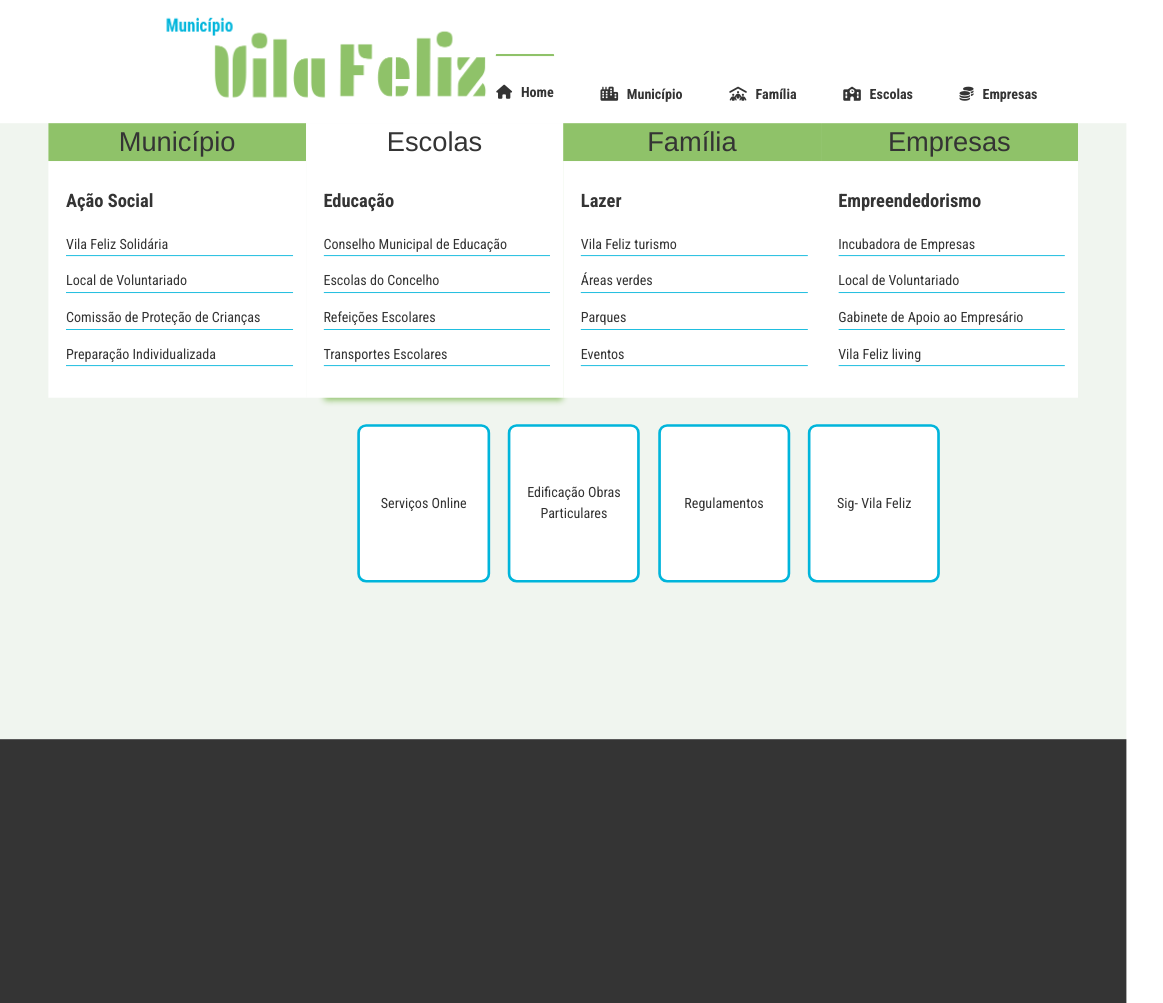
Repository: Goulart94/CmVilaFeliz
Page: municipio.html
The author's editor kept a copy of each file at every save. The page is drawn from the files as they stood at one save, then again after the next save.
The browser window is 1280 px wide. The page is 1322 px wide, then 1280 px, so the pictures cover 1322 px, including what lies to the right of the window. The pictures show the whole page, at 88% of full size.
Some web libraries are served in a nearby version. The style sheet was rebuilt from its Sass, Less or Tailwind sources for each picture, by a compiler version that may differ from the author's.

Above is the page before, as saved 2022-05-17 14:15:25.

After the next save:
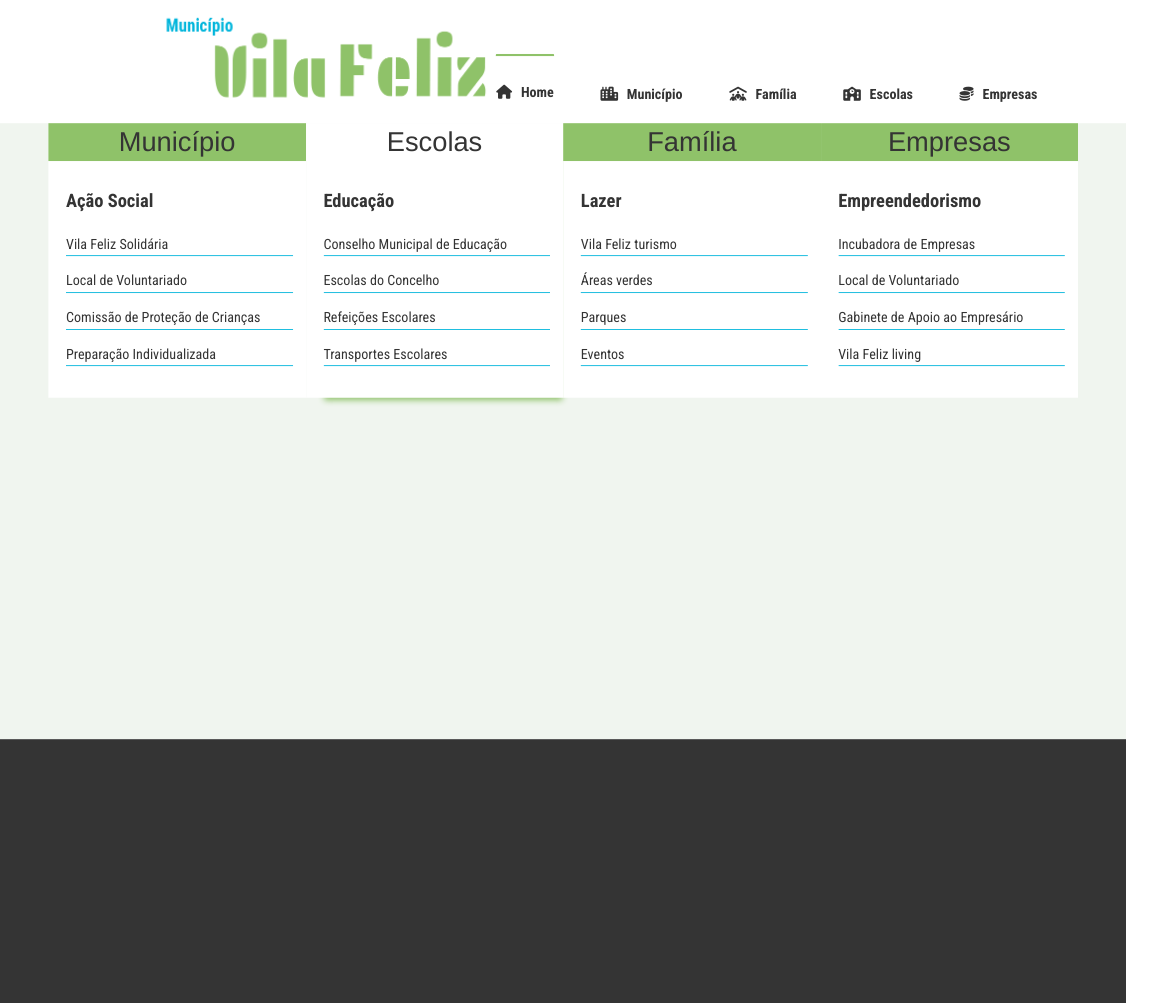
Saved 18 s later.
--- a/municipio.html
+++ b/municipio.html
@@ -91,15 +91,7 @@
           </div>
         </div>
       </div>
-     <div class="cell small-10 medium-offset-1 large-10 align-center  grid-x  ">
-       <div class=" cell small-7 medium-7 large-7  grid-margin-x shortcutsDirect">
-      <div class="link"><span>Serviços Online</span></div>
-       <div class="link"><span>Edificação Obras Particulares</span></div>
-       <div class="link"><span>Regulamentos</span></div>
-       <div class="link"><span>Sig- Vila Feliz</span></div>
-      </div>
-     </div>
-    </div>
+
   </section>
 
   <!--Footer-->
